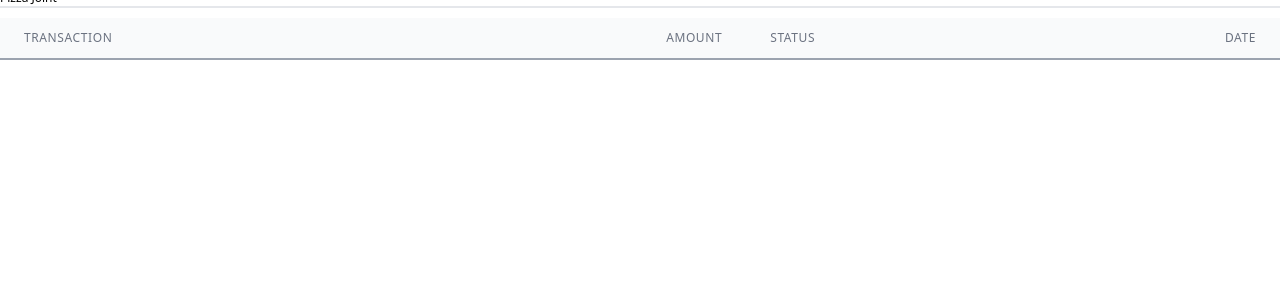
Repository: Marlstergo/listings
Page: / (app in client/)
The author's editor kept a copy of each file at every save. The page is drawn from the files as they stood at one save, then again after the next save.
The browser window is 1280 px wide. The pictures show the whole page.
The project was rebuilt for these pictures with package versions that can differ from the ones it lists, and the page was loaded fresh each time. Also part of the build but not shown: client/craco.config.js, client/src/components/Loader.js, client/src/components/Order.js, client/src/components/Modal.js. Imported but missing from the stored project, and not drawn on this page: client/src/components/Base, client/src/components/Toppings.

Above is the page before, as saved 2021-07-20 21:43:33.

After the next save:
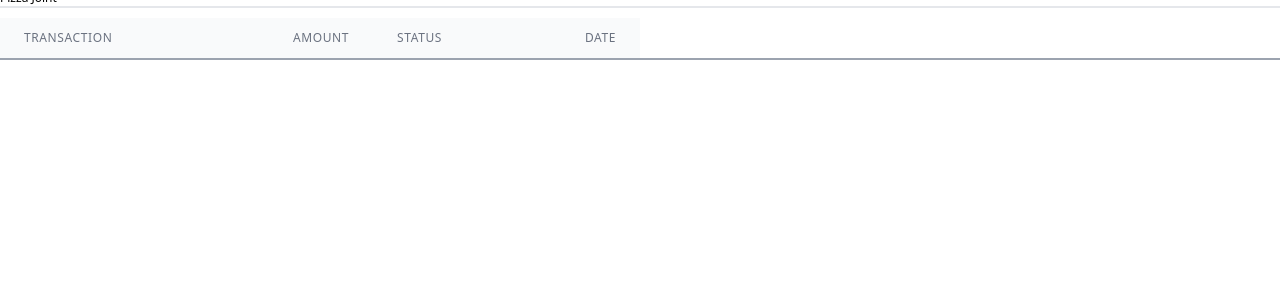
Saved 113 s later.
--- a/client/src/components/Home.js
+++ b/client/src/components/Home.js
@@ -38,24 +38,26 @@ const Home = () => {
       animate="visible"
       exit="exit"
     >
-      <table className="min-w-full divide-y divide-gray-200">
-        <thead>
-          <tr>
-            <th className="px-6 py-3 bg-gray-50 text-left text-xs font-medium text-gray-500 uppercase tracking-wider">
-              Transaction
-            </th>
-            <th className="px-6 py-3 bg-gray-50 text-right text-xs font-medium text-gray-500 uppercase tracking-wider">
-              Amount
-            </th>
-            <th className="hidden px-6 py-3 bg-gray-50 text-left text-xs font-medium text-gray-500 uppercase tracking-wider md:block">
-              Status
-            </th>
-            <th className="px-6 py-3 bg-gray-50 text-right text-xs font-medium text-gray-500 uppercase tracking-wider">
-              Date
-            </th>
-          </tr>
-        </thead>
-      </table>
+      <div className="w-1/2">
+        <table className="min-w-full divide-y divide-gray-200">
+          <thead>
+            <tr>
+              <th className="px-6 py-3 bg-gray-50 text-left text-xs font-medium text-gray-500 uppercase tracking-wider">
+                Transaction
+              </th>
+              <th className="px-6 py-3 bg-gray-50 text-right text-xs font-medium text-gray-500 uppercase tracking-wider">
+                Amount
+              </th>
+              <th className="hidden px-6 py-3 bg-gray-50 text-left text-xs font-medium text-gray-500 uppercase tracking-wider md:block">
+                Status
+              </th>
+              <th className="px-6 py-3 bg-gray-50 text-right text-xs font-medium text-gray-500 uppercase tracking-wider">
+                Date
+              </th>
+            </tr>
+          </thead>
+        </table>
+      </div>
     </motion.div>
   );
 };
